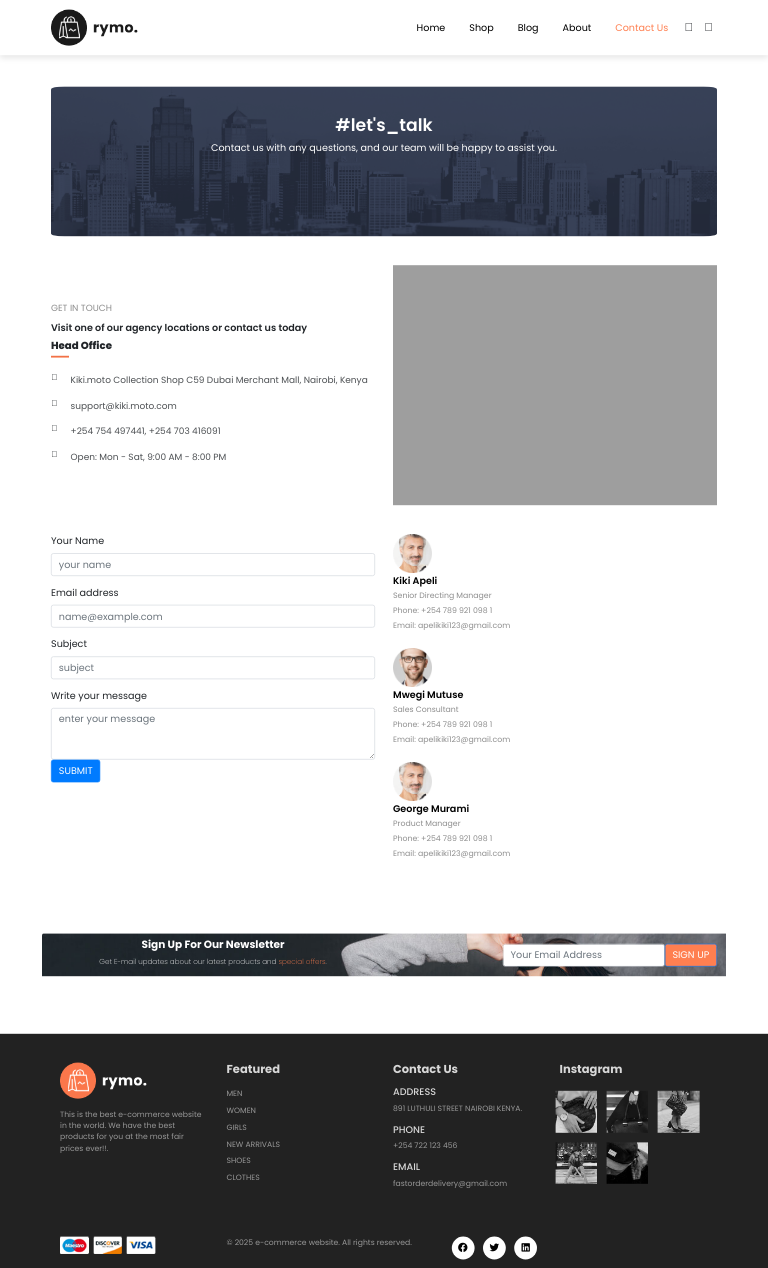
Repository: peter417waweru/e-commerce-UI
Page: contact.html
The author's editor kept a copy of each file at every save. The page is drawn from the files as they stood at one save, then again after the next save.
The browser window is 1280 px wide. The pictures show the whole page, at 60% of full size.
Pictures or frames that could not be fetched are drawn as grey boxes. Some web libraries are served in a nearby version.

Above is the page before, as saved 2025-02-10 01:43:06.
Console error: TypeError: Cannot set properties of undefined (setting 'onclick')

After the next save:
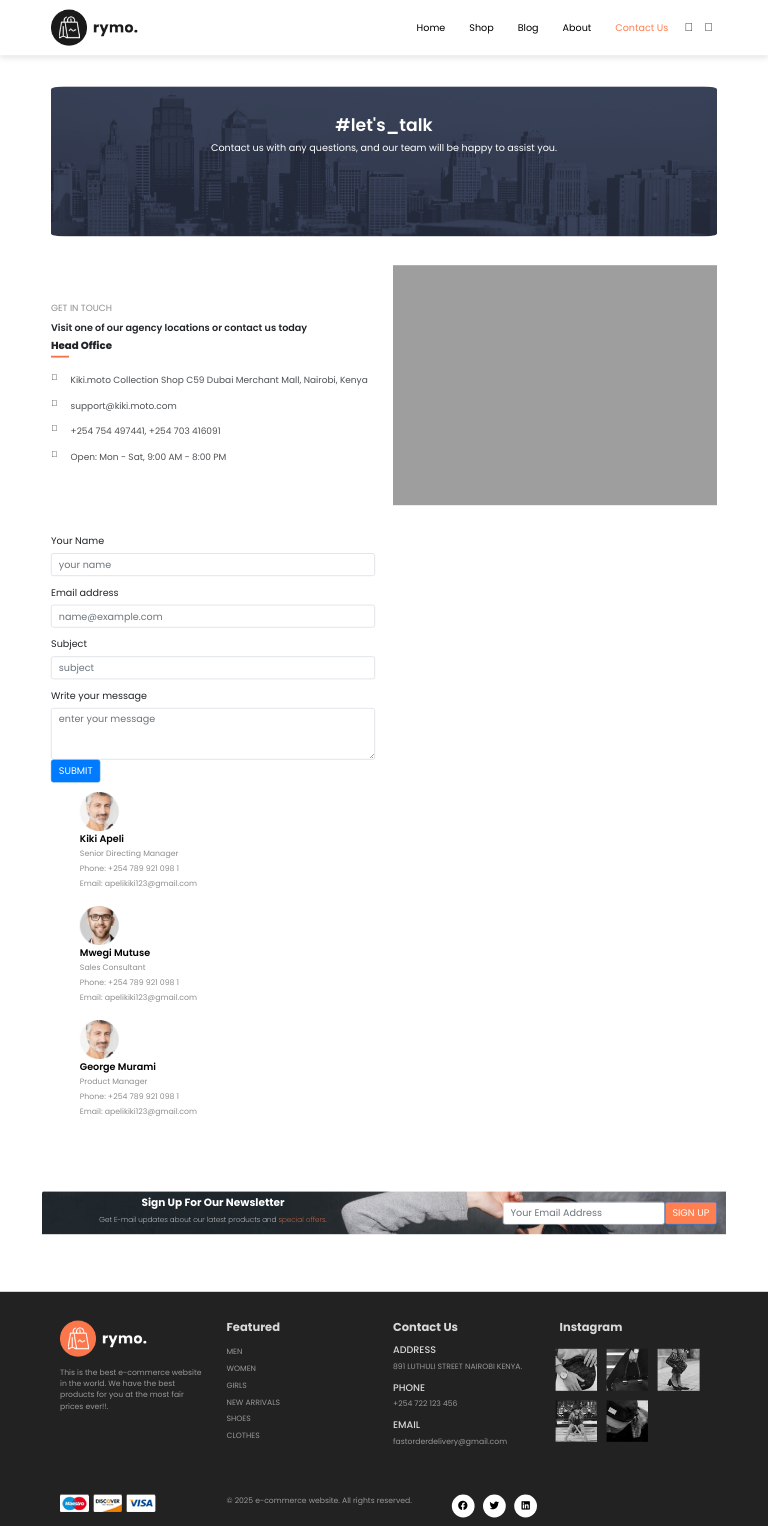
Saved 35 s later.
--- a/contact.html
+++ b/contact.html
@@ -117,7 +117,7 @@
                         <button type="button" class="btn btn-primary">Submit</button>
                     </div>
                 </div>
-                <div class="members col-lg-6 col-md-6 col-12">
+                <div class="members col-lg-6 col-md-6 col-12 mx-5">
                     <div>
                         <img src="img/people/1.png" alt="">
                         <p><span>Kiki Apeli</span> Senior Directing Manager <br>
